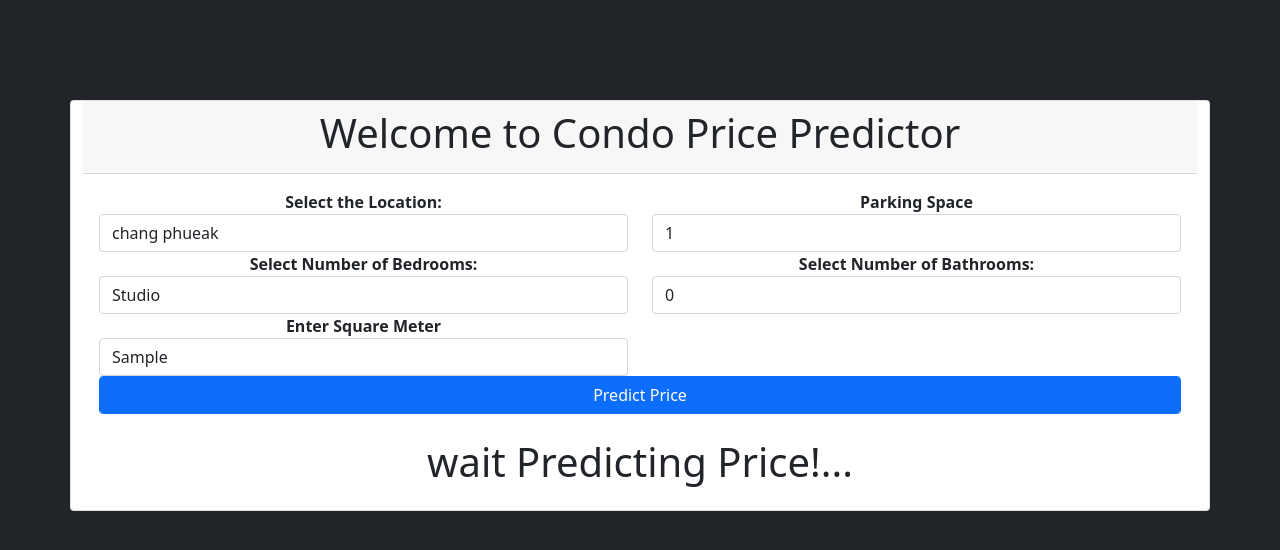
Repository: myothida/condoprice_CNX
Page: http://localhost/
These files come from the project's save history. The page is drawn as it stood at one moment and after the next save; the edit follows.
The browser window is 1280 px wide. The pictures show the whole page.
Empty fields were first filled with sample values (such as "Sample", 5 or name@example.com).
After loading, the first visible `button.btn` was clicked once.
The page is served by the project's application, run on Flask 3 (main.py).

Above is the page before, as saved 2023-09-26 22:39:13.

After the next save:
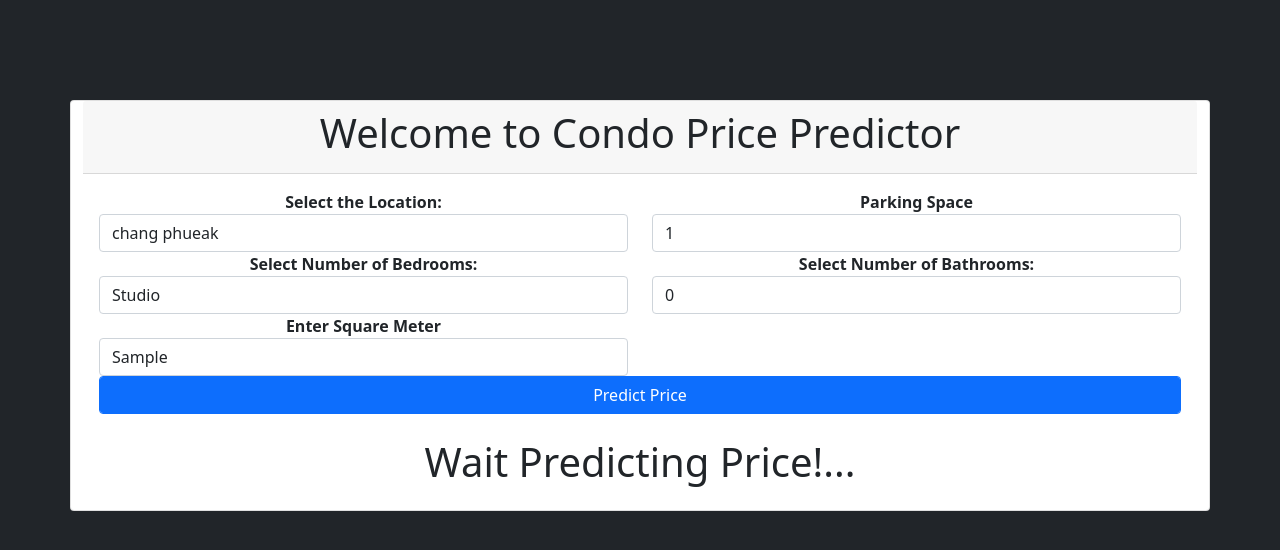
Saved 24 s later.
--- a/templates/index.html
+++ b/templates/index.html
@@ -122,7 +122,7 @@
 
         xhr.open("POST", "/predict", true);
         document.getElementById("prediction").innerHTML =
-          "wait Predicting Price!...";
+          "Wait Predicting Price!...";
       }
     </script>
 
